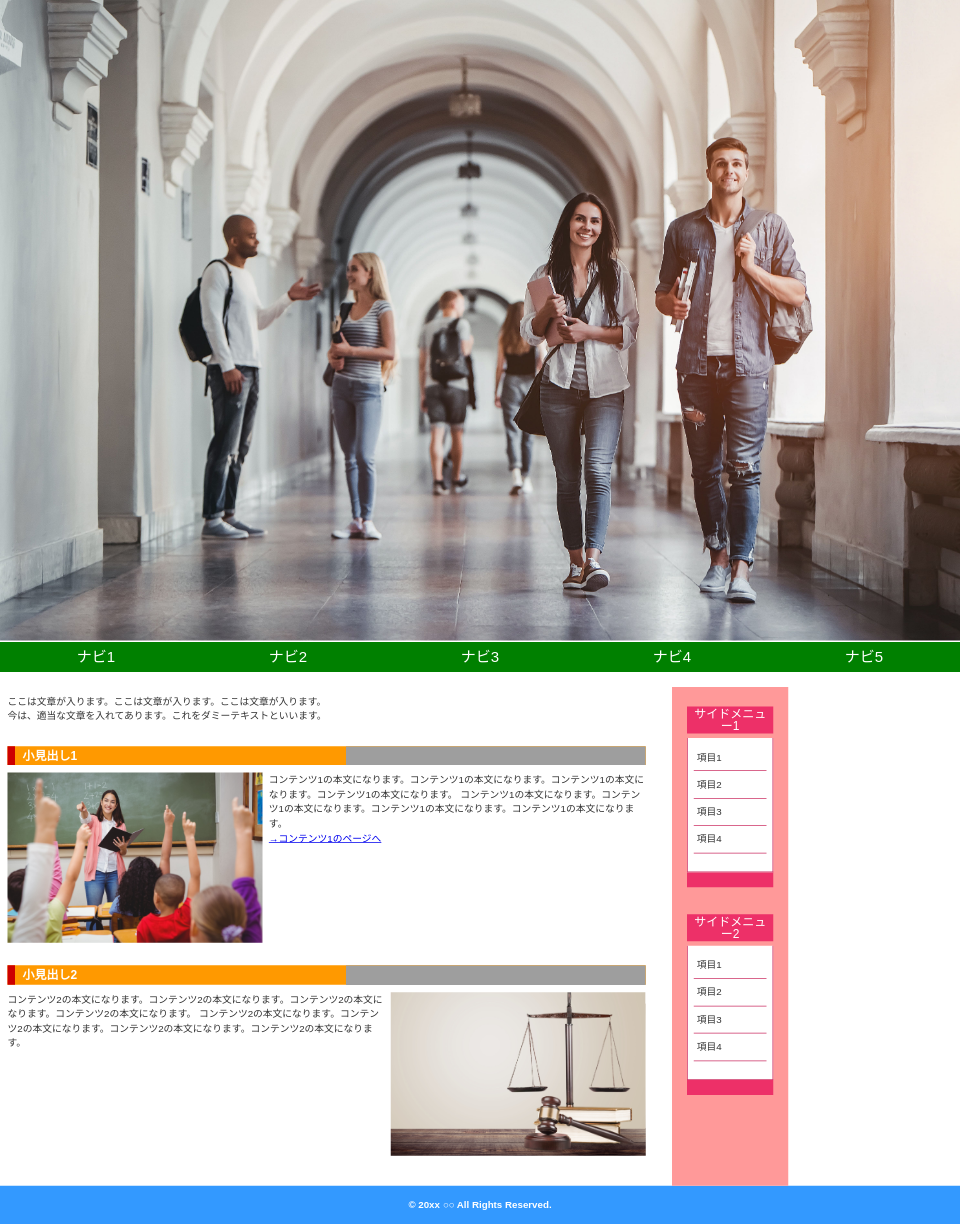
Repository: KubotaAtsushi/samurai_HTML-CSS
Page: http://localhost/
The author's editor kept a record of every edit. The page is drawn from the files as they stood at one moment, then again after the next edit.
The browser window is 1280 px wide. The pictures show the whole page, at 75% of full size.
Pictures or frames that could not be fetched are drawn as grey boxes. The page is run by PHP 8.4 with error messages shown; the project is at /var/www/html/.

Above is the page before.

After the next edit:
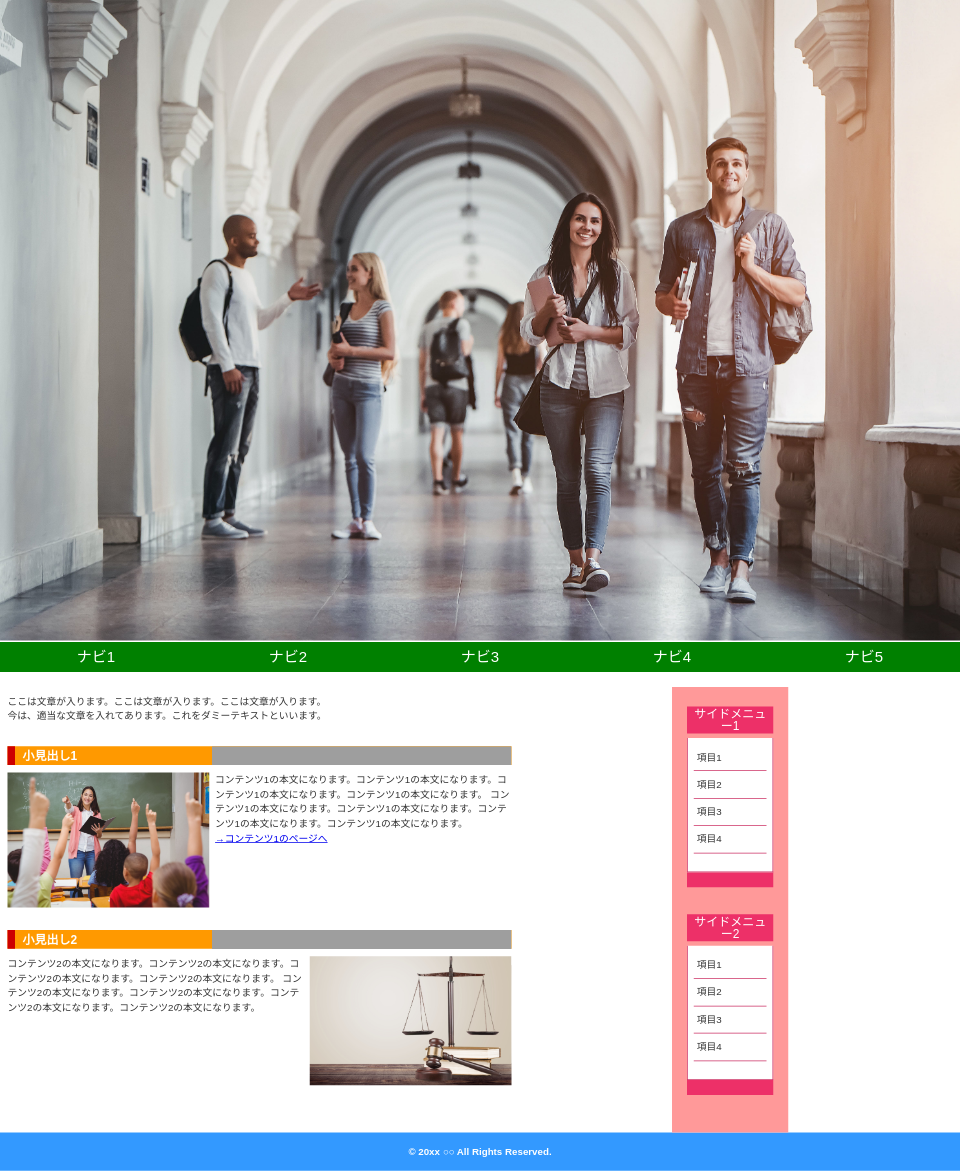
The edit:
--- a/stylesheet.css
+++ b/stylesheet.css
@@ -85,7 +85,7 @@
 }
 /* -------------------- main -------------------- */
 #main {
-	width: 95%;
+	width: 75%;
 	padding: 10px 30px 10px 10px;
 }
 #main h2 {
